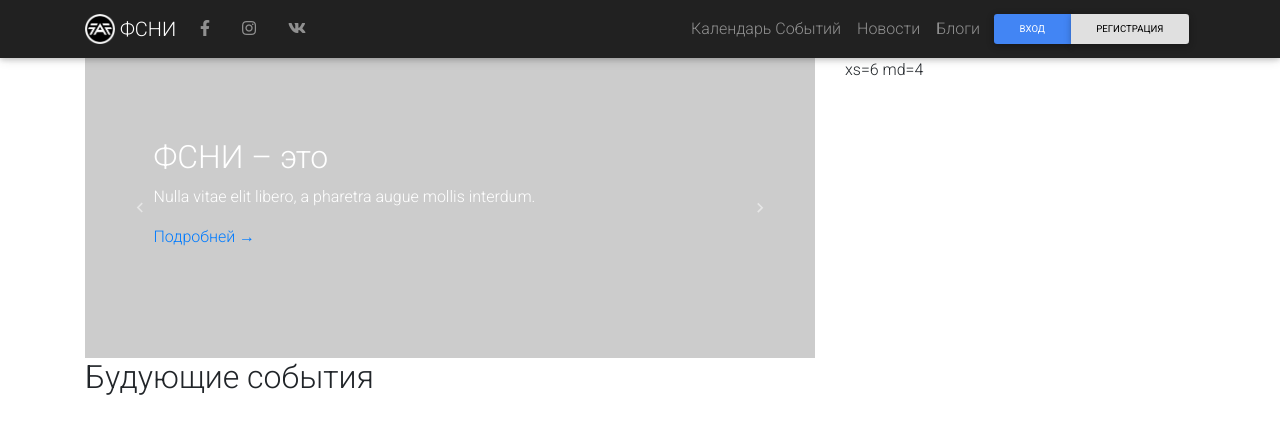
Repository: alexey1986/fsni_test
Page: /
These files come from the project's save history. The page is drawn as it stood at one moment and after the next save; the edit follows.
The browser window is 1280 px wide. The pictures show the whole page.
The project was rebuilt for these pictures with package versions that can differ from the ones it lists, and the page was loaded fresh each time. Also part of the build but not shown: src/pages/calendar.jsx, src/pages/news.jsx, src/pages/blogs.jsx.

Above is the page before, as saved 2020-08-29 10:18:43.

### src/index.js
import React from 'react';
import ReactDOM from 'react-dom';
import 'bootstrap/dist/css/bootstrap.min.css';
import '@fortawesome/fontawesome-free/css/all.min.css';
//import 'bootstrap-css-only/css/bootstrap.min.css';
import 'mdbreact/dist/css/mdb.css';


import App from './App';
import * as serviceWorker from './serviceWorker';

ReactDOM.render(
  <React.StrictMode>
    <App />
  </React.StrictMode>,
  document.getElementById('root')
);

// If you want your app to work offline and load faster, you can change
// unregister() to register() below. Note this comes with some pitfalls.
// Learn more about service workers: https://bit.ly/CRA-PWA
serviceWorker.unregister();

### src/App.js
import React from 'react';
import { BrowserRouter as Router, Route } from "react-router-dom";
import NavBarComponent from './components/nav/NavBar';
import Home from './pages/home';
import Calendar from './pages/calendar';
import News from './pages/news';
import Blogs from './pages/blogs';

const App = () => {
  return (
    <Router>
      <NavBarComponent></NavBarComponent>
      <Route path="/" exact component={Home} />
      <Route path="/calendar" exact component={Calendar} />
      <Route path="/news" exact component={News} />
      <Route path="/blogs" exact component={Blogs} />
    </Router>
  )
}


export default App;

### src/components/nav/NavBar.jsx
import React from 'react';
import { Link, NavLink } from "react-router-dom";
import { Container, Navbar, Nav, ButtonGroup, Button } from 'react-bootstrap';
import SocialButtons from './SocialButtons';
import logo from './logo.png';

const NavBarComponent = () => {
    return (
        <Navbar bg="dark" expand="lg" variant="dark" sticky="top" >
            <Container>
                <Navbar.Brand as={Link} to='/'>
                    <img
                        alt=""
                        src={logo}
                        width="30"
                        height="30"
                        className="d-inline-block align-top"
                    />{' '}
                    ФСНИ
                </Navbar.Brand>
                <Navbar.Toggle aria-controls="basic-navbar-nav" />
                <Navbar.Collapse id="basic-navbar-nav">
                    <SocialButtons />
                    <Nav>
                        <Nav.Link as={NavLink} to='/calendar'>Календарь Событий</Nav.Link>
                        <Nav.Link as={NavLink} to='/news'>Новости</Nav.Link>
                        <Nav.Link as={NavLink} to='/blogs'>Блоги</Nav.Link>
                    </Nav>
                    <ButtonGroup size="sm" aria-label="login/registration">
                        <Button variant="primary">Вход</Button>
                        <Button variant="light">Регистрация</Button>
                    </ButtonGroup>
                </Navbar.Collapse>
            </Container>
        </Navbar>
    )
}

export default NavBarComponent;

### src/pages/home.jsx
import React from 'react';
import { Container, Row, Col } from 'react-bootstrap';
import CarouselComponent from '../components/carousel/Carousel';

const Home = () => {
    return (
        <Container>
            <Row>
                <Col xs={12} md={8}>
                    <CarouselComponent />
                </Col>
                <Col xs={6} md={4}>
                    xs=6 md=4
                </Col>
            </Row>

            <div>
                <h2>Будующие события</h2>
            </div>
        </Container>
    )
}

export default Home;

### src/components/nav/SocialButtons.jsx
import React from 'react';
import { Nav } from 'react-bootstrap';
import { MDBIcon } from 'mdbreact';

const SocialButtons = () => {
  return (
    <Nav className="mr-auto" >
      <Nav.Link href="#!" className="fb-ic mr-3">
        <MDBIcon fab icon="facebook-f" />
      </Nav.Link>
      <Nav.Link href="#!" className="ins-ic mr-3">
        <MDBIcon fab icon="instagram" />
      </Nav.Link>
      <Nav.Link href="#!" className="vk-ic mr-3">
        <MDBIcon fab icon="vk" />
      </Nav.Link>
    </Nav>
  );
}

export default SocialButtons;

### src/components/carousel/Carousel.jsx
import React from 'react';
import { Carousel } from 'react-bootstrap';
import { Link } from "react-router-dom";
import './styles.css';


class CarouselComponent extends React.Component {
    render() {
        return (
            <Carousel indicators={false}>
                <Carousel.Item>
                    <Carousel.Caption>
                        <h2>ФСНИ – это </h2>
                        <p>Nulla vitae elit libero, a pharetra augue mollis interdum.</p>
                        <p>
                            <Link to='/'>Подробней &#8594;</Link>
                        </p>
                    </Carousel.Caption>
                </Carousel.Item>
                <Carousel.Item>
                    <Carousel.Caption>
                        <h2>ФСНИ – это </h2>
                        <p>Lorem ipsum dolor sit amet, consectetur adipiscing elit. Vivamus magna justo, lacinia eget consectetur sed, convallis at tellus.</p>
                        <p>
                            <Link to='/'>Подробней &#8594;</Link>
                        </p>
                    </Carousel.Caption>
                </Carousel.Item>
                <Carousel.Item>
                    <Carousel.Caption>
                        <h2>ФСНИ – это </h2>
                        <p>Lorem ipsum dolor sit amet, consectetur adipiscing elit. Vivamus magna justo, lacinia eget consectetur sed, convallis at tellus.</p>
                        <p>
                            <Link to='/'>Подробней &#8594;</Link>
                        </p>
                    </Carousel.Caption>
                </Carousel.Item>
            </Carousel>
        )
    }
}

export default CarouselComponent;

### src/components/carousel/styles.css
.carousel-item {
    background: #ccc;
    height: 300px;
}

.carousel-caption {
    top: 20%;
    bottom: auto;
    text-align: left;
}

Loaded but not shown: public/index.html (common file); src/serviceWorker.js (common file)

After the next save:
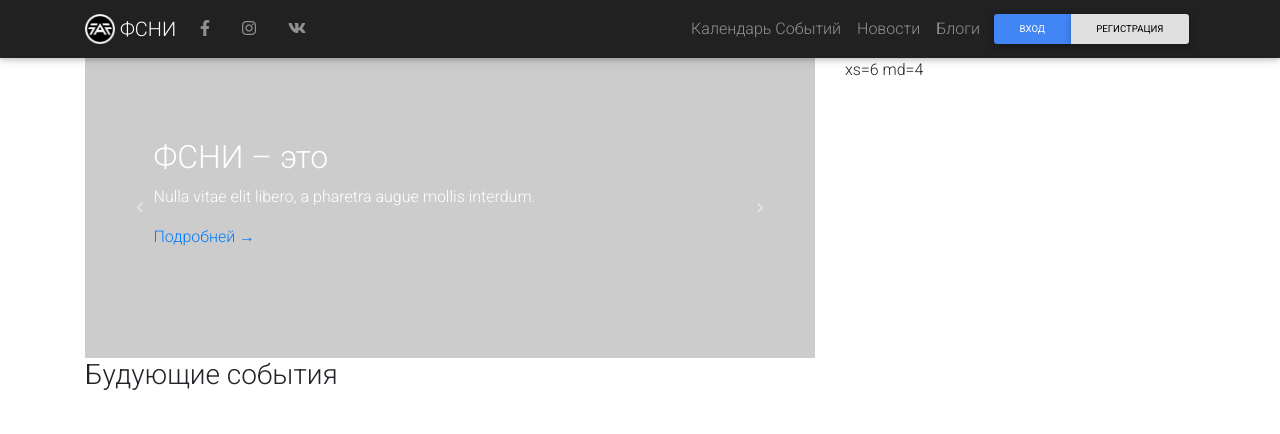
Saved 5 s later.
--- a/src/pages/home.jsx
+++ b/src/pages/home.jsx
@@ -15,7 +15,7 @@
             </Row>
 
             <div>
-                <h2>Будующие события</h2>
+                <h3>Будующие события</h3>
             </div>
         </Container>
     )
